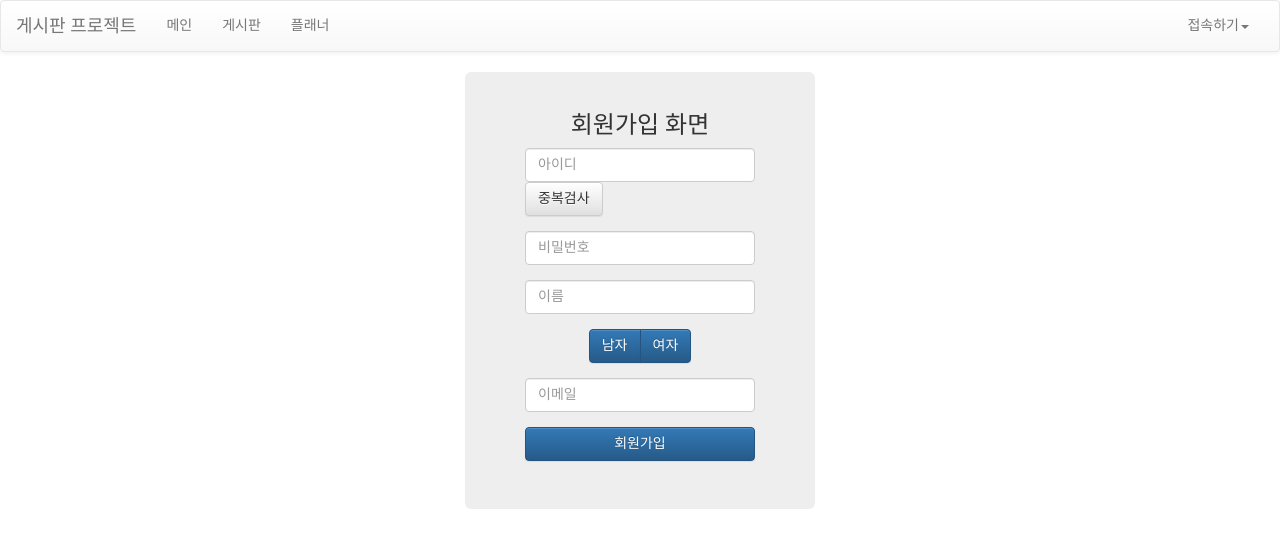
Repository: Seok7975/JSP-Education
Page: http://localhost/ToDoList공유_게시판_ver3/join.jsp
The author's editor kept a copy of each file at every save. The page is drawn from the files as they stood at one save, then again after the next save.
The browser window is 1280 px wide. The pictures show the whole page.
Some web fonts or font styles are not loaded; a fallback is used. Some web libraries are served in a nearby version. The page is served by Tomcat 9. Other server files are loaded and not shown.

Above is the page before, as saved 2024-06-20 08:33:21.

### List_Projects_ver3/ToDoList공유 게시판_ver3/src/main/webapp/join.jsp
<%@ page language="java" contentType="text/html; charset=UTF-8"
    pageEncoding="UTF-8"%>
<!DOCTYPE html>
<html>
<head>
<meta http-equiv="Content-Type" content="text/html; charset=UTF-8">
<meta name="viewport" content="width=device-width, initial-scale=1">
<!-- Latest compiled and minified CSS -->
<link rel="stylesheet" href="https://cdn.jsdelivr.net/npm/bootstrap@3.3.7/dist/css/bootstrap.min.css" integrity="sha384-BVYiiSIFeK1dGmJRAkycuHAHRg32OmUcww7on3RYdg4Va+PmSTsz/K68vbdEjh4u" crossorigin="anonymous">
<!-- Optional theme -->
<link rel="stylesheet" href="https://cdn.jsdelivr.net/npm/bootstrap@3.3.7/dist/css/bootstrap-theme.min.css" integrity="sha384-rHyoN1iRsVXV4nD0JutlnGaslCJuC7uwjduW9SVrLvRYooPp2bWYgmgJQIXwl/Sp" crossorigin="anonymous">
<!-- jQuery (necessary for Bootstrap's JavaScript plugins) -->
<script src="https://code.jquery.com/jquery-3.1.1.min.js"></script>
<!-- Latest compiled and minified JavaScript -->
<script src="https://cdn.jsdelivr.net/npm/bootstrap@3.3.7/dist/js/bootstrap.min.js" integrity="sha384-Tc5IQib027qvyjSMfHjOMaLkfuWVxZxUPnCJA7l2mCWNIpG9mGCD8wGNIcPD7Txa" crossorigin="anonymous"></script>
<link rel="stylesheet" href="css/jumbotronCustom.css">
<title>JSP 게시판 웹 사이트</title>
</head>
<body>
	<nav class="navbar navbar-default">
		<div class="container-fluid">
			<div class="navbar-header">
				<button type="button" class="navbar-toggle collapsed" data-toggle="collapse" data-target="#bs-example-navbar-collapse-1" aria-expanded="false">
					<span class="sr-only">Toggle navigation</span>
					<span class="icon-bar"></span>
					<span class="icon-bar"></span>
					<span class="icon-bar"></span>
				</button>
				<a class="navbar-brand" href="main.jsp">게시판 프로젝트</a>
			</div>
			<div class="collapse navbar-collapse" id="bs-example-navbar-collapse-1">
				<ul class="nav navbar-nav">
					<li><a href="main.jsp">메인</a></li>
					<li><a href="bbs.jsp">게시판</a></li>
					<li><a href="planner/planner.jsp">플래너</a></li>
				</ul>
				<ul class="nav navbar-nav navbar-right">
					<li class="dropdown">
						<a href="#" class="dropdown-toggle" data-toggle="dropdown" role="button" aria-haspopup="true" aria-expanded="false">접속하기<span class="caret"></span></a>
						<ul class="dropdown-menu">
							<li><a href="login.jsp">로그인</a></li>
							<li class="active"><a href="join.jsp">회원가입</a></li>
						</ul>
					</li>
				</ul>
			</div>
		</div>
	</nav>
	<div class="container">
		<div class="col-lg-4"></div>
		<div class="col-lg-4">
			<div class="jumbotron" style="padding-top: 20px;">
				<form method="post" action="joinAction.jsp">
					<h3 style="text-align: center;">회원가입 화면</h3>
					<div class="form-group">
						<input type="text" class="form-control" placeholder="아이디" name="userID" required maxlength="20">
						<button type="button" class="btn btn-default" onclick="checkUserId()">중복검사</button>
					</div>
					<div class="form-group">
						<input type="password" class="form-control" placeholder="비밀번호" name="userPassword" required maxlength="20">
					</div>
					<div class="form-group">
						<input type="text" class="form-control" placeholder="이름" name="userName" required maxlength="20">
					</div>
					<div class="form-group" style="text-align: center;">
						<div class="btn-group" data-toggle="buttons">
							<label class="btn btn-primary">
								<input type="radio" name="userGender" value="남자" autocomplete="off" required> 남자 <!-- autocomplete="off" -->
							</label>
							<label class="btn btn-primary">
								<input type="radio" name="userGender" value="여자" autocomplete="off" required> 여자
							</label>
						</div>
					</div>
					<div class="form-group">
						<input type="email" class="form-control" placeholder="이메일" name="userEmail" required maxlength="20">
					</div>
					<input type="submit" class="btn btn-primary form-control" value="회원가입">
				</form>
			</div>
		</div>
		<div class="col-lg-4"></div>
	</div>
		<script>
		function checkUserId() {
			var userID = document.getElementById("userID").value;
			window.location.href = "CheckId.jsp?userID=" + userID;
		}
	</script>
</body>
</html>

### List_Projects_ver3/ToDoList공유 게시판_ver3/src/main/webapp/css/jumbotronCustom.css

@import url(http://fonts.googleapis.com/earlyaccess/nanumgothic.css);
@import url(http://fonts.googleapis.com/earlyaccess/hanna.css);
* {
	font-family : 'Nanum Gothic';
}

h1 {
	font-family : 'Hanna';
}

After the next save:
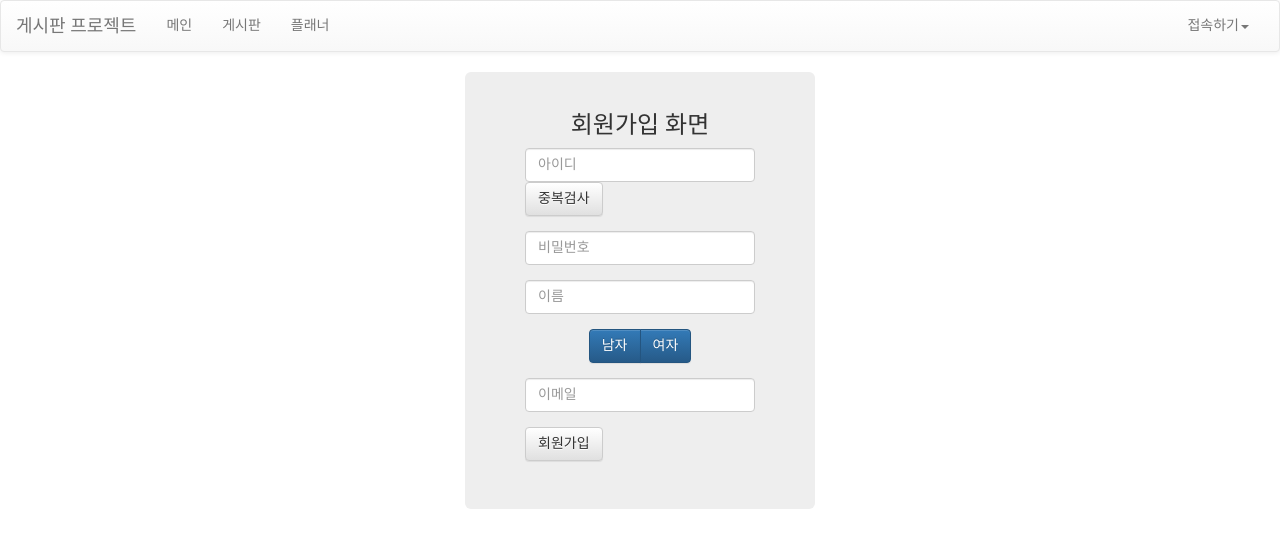
Saved 33 s later.
--- a/List_Projects_ver3/ToDoList공유 게시판_ver3/src/main/webapp/join.jsp
+++ b/List_Projects_ver3/ToDoList공유 게시판_ver3/src/main/webapp/join.jsp
@@ -50,12 +50,13 @@
 		<div class="col-lg-4"></div>
 		<div class="col-lg-4">
 			<div class="jumbotron" style="padding-top: 20px;">
-				<form method="post" action="joinAction.jsp">
+				<form method="post" action="joinAction.jsp" onsubmit="return checkForm()">
 					<h3 style="text-align: center;">회원가입 화면</h3>
 					<div class="form-group">
-						<input type="text" class="form-control" placeholder="아이디" name="userID" required maxlength="20">
+						<input type="text" class="form-control" placeholder="아이디" id="userID" name="userID" required maxlength="20">
 						<button type="button" class="btn btn-default" onclick="checkUserId()">중복검사</button>
 					</div>
+					<div id="idCheckResult" class="form-group"></div>
 					<div class="form-group">
 						<input type="password" class="form-control" placeholder="비밀번호" name="userPassword" required maxlength="20">
 					</div>
@@ -65,7 +66,7 @@
 					<div class="form-group" style="text-align: center;">
 						<div class="btn-group" data-toggle="buttons">
 							<label class="btn btn-primary">
-								<input type="radio" name="userGender" value="남자" autocomplete="off" required> 남자 <!-- autocomplete="off" -->
+								<input type="radio" name="userGender" value="남자" autocomplete="off" required> 남자
 							</label>
 							<label class="btn btn-primary">
 								<input type="radio" name="userGender" value="여자" autocomplete="off" required> 여자
@@ -73,18 +74,42 @@
 						</div>
 					</div>
 					<div class="form-group">
-						<input type="email" class="form-control" placeholder="이메일" name="userEmail" required maxlength="20">
+						<input type="email" class="form-control" placeholder="이메일" name="userEmail" required maxlength="50">
 					</div>
-					<input type="submit" class="btn btn-primary form-control" value="회원가입">
+					<button type="submit" class="btn btn-default">회원가입</button>
 				</form>
 			</div>
 		</div>
 		<div class="col-lg-4"></div>
 	</div>
-		<script>
+<%
+    String idCheckResult = request.getParameter("idCheckResult");
+    if (idCheckResult != null) {
+%>
+    <div id="idCheckResult" class="form-group">
+        <p><%= idCheckResult %></p>
+    </div>
+<%
+    }
+%>
+
+	<script>
 		function checkUserId() {
 			var userID = document.getElementById("userID").value;
-			window.location.href = "CheckId.jsp?userID=" + userID;
+			if (userID === "") {
+				alert("아이디를 입력하세요.");
+				return;
+			}
+			window.location.href = "checkId.jsp?userID=" + userID;
+		}
+
+		function checkForm() {
+			var idCheckResult = document.getElementById("idCheckResult").innerText;
+			if (idCheckResult !== "사용 가능한 아이디입니다.") {
+				alert("아이디 중복검사를 해주세요.");
+				return false;
+			}
+			return true;
 		}
 	</script>
 </body>
